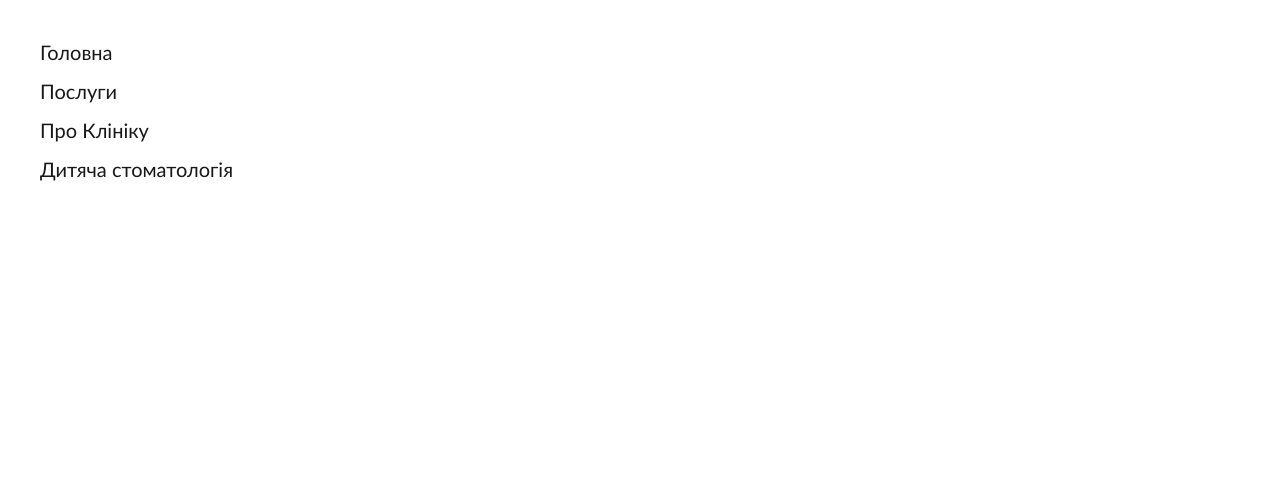
Repository: TarasDutchak/dental-clinic
Page: sitemap.html
The author's editor kept a copy of each file at every save. The page is drawn from the files as they stood at one save, then again after the next save.
The browser window is 1280 px wide. The pictures show the whole page.

Above is the page before, as saved 2024-12-31 09:01:27.

### sitemap.html
<!DOCTYPE html>
<html lang="en">

<head>
    <meta charset="UTF-8">
    <meta http-equiv="X-UA-Compatible" content="IE=edge">
    <meta name="viewport" content="width=device-width, initial-scale=1.0">
    <title>Pages</title>
    <link rel="icon" type="image/x-icon" href="favicon.png">
    <link rel="stylesheet" href="css/lib/swiper-bundle.min.css">
    <link rel="stylesheet" href="css/lib/bootstrap-grid.min.css">
    <link rel="stylesheet" href="css/lib/plyr.css">
    <link rel="stylesheet" href="css/lib/select2.css">
    <link rel="stylesheet" href="css/style.css">
</head>

<body>

    <div class="sitemap">
        <ul>
            <li><a href="index.html" target="_blank">Головна</a></li>
            <li><a href="services.html" target="_blank">Послуги</a></li>
            <li><a href="about.html" target="_blank">Про Клініку</a></li>
            <li><a href="pediatric-dentistry.html" target="_blank">Дитяча стоматологія</a></li>

        </ul>
    </div>


    <style>
        .sitemap {
            padding: 40px;
        }

        ul {
            list-style-type: none;
            margin: 0;
            padding: 0;
        }

        li {
            margin-bottom: 15px;
        }

        a {
            font-size: 20px;
            color: #181818;
        }
    </style>





</body>



</html>

Loaded but not shown: css/lib/swiper-bundle.min.css (library); css/lib/bootstrap-grid.min.css (library); css/lib/plyr.css (library); css/lib/select2.css (library); css/style.css (library)

After the next save:
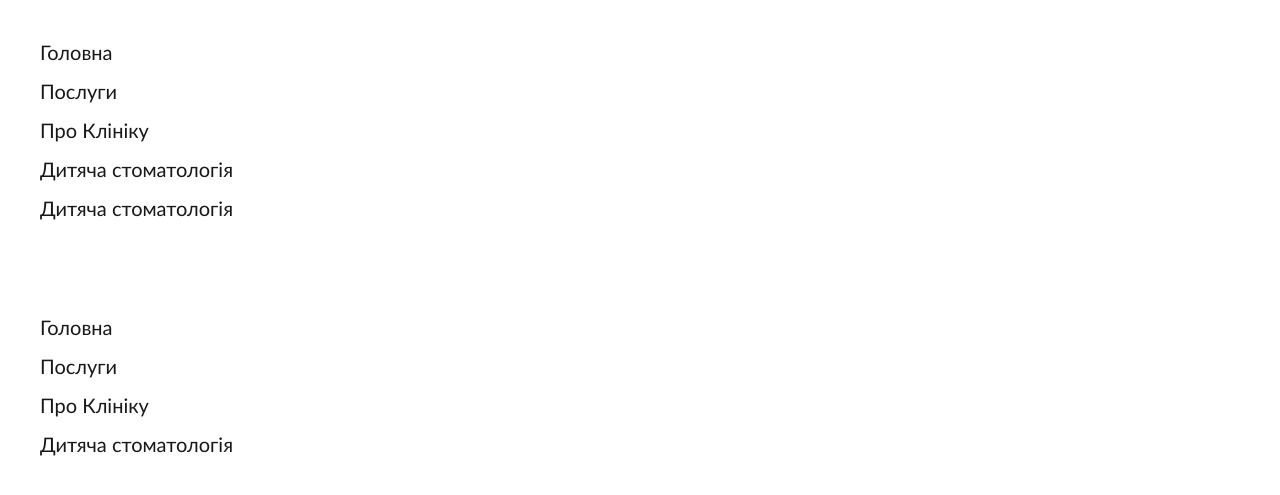
Saved 46 h 0 min later.
--- a/sitemap.html
+++ b/sitemap.html
@@ -1,3 +1,62 @@
+<!DOCTYPE html>
+<html lang="en">
+
+<head>
+    <meta charset="UTF-8">
+    <meta http-equiv="X-UA-Compatible" content="IE=edge">
+    <meta name="viewport" content="width=device-width, initial-scale=1.0">
+    <title>Pages</title>
+    <link rel="icon" type="image/x-icon" href="favicon.png">
+    <link rel="stylesheet" href="css/lib/swiper-bundle.min.css">
+    <link rel="stylesheet" href="css/lib/bootstrap-grid.min.css">
+    <link rel="stylesheet" href="css/lib/plyr.css">
+    <link rel="stylesheet" href="css/lib/select2.css">
+    <link rel="stylesheet" href="css/style.css">
+</head>
+
+<body>
+
+    <div class="sitemap">
+        <ul>
+            <li><a href="index.html" target="_blank">Головна</a></li>
+            <li><a href="services.html" target="_blank">Послуги</a></li>
+            <li><a href="about.html" target="_blank">Про Клініку</a></li>
+            <li><a href="pediatric-dentistry.html" target="_blank">Дитяча стоматологія</a></li>
+            <li><a href="diagnistic-oral-cavity.html" target="_blank">Дитяча стоматологія</a></li>
+        </ul>
+    </div>
+
+
+    <style>
+        .sitemap {
+            padding: 40px;
+        }
+
+        ul {
+            list-style-type: none;
+            margin: 0;
+            padding: 0;
+        }
+
+        li {
+            margin-bottom: 15px;
+        }
+
+        a {
+            font-size: 20px;
+            color: #181818;
+        }
+    </style>
+
+
+
+
+
+</body>
+
+
+
+</html>
 <!DOCTYPE html>
 <html lang="en">
 
